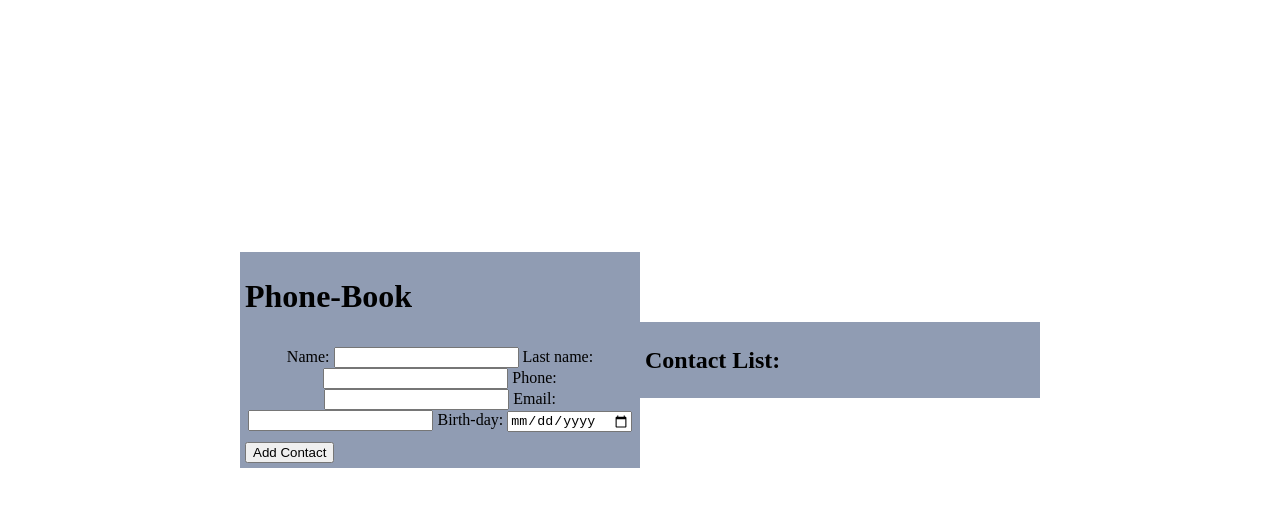
Repository: STA1357/Phone-book
Page: Inner.html
These files come from the project's save history. The page is drawn as it stood at one moment and after the next save; the edit follows.
The browser window is 1280 px wide. The pictures show the whole page.

Above is the page before, as saved 2020-12-10 11:19:23.

After the next save:
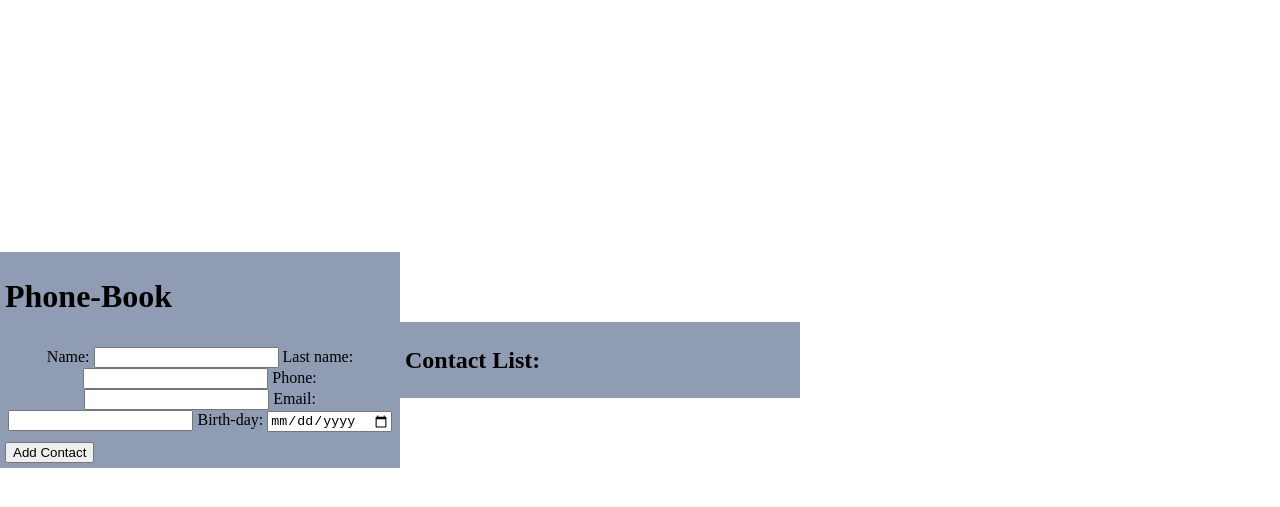
Saved 26 s later.
--- a/styles.css
+++ b/styles.css
@@ -6,7 +6,7 @@
     display: flex;
     flex-direction: row;
     align-items: center;
-    justify-content: center;
+    justify-content: center, space-around;
     min-height: 100vh;
     margin: 0;
 }

After the save that followed:
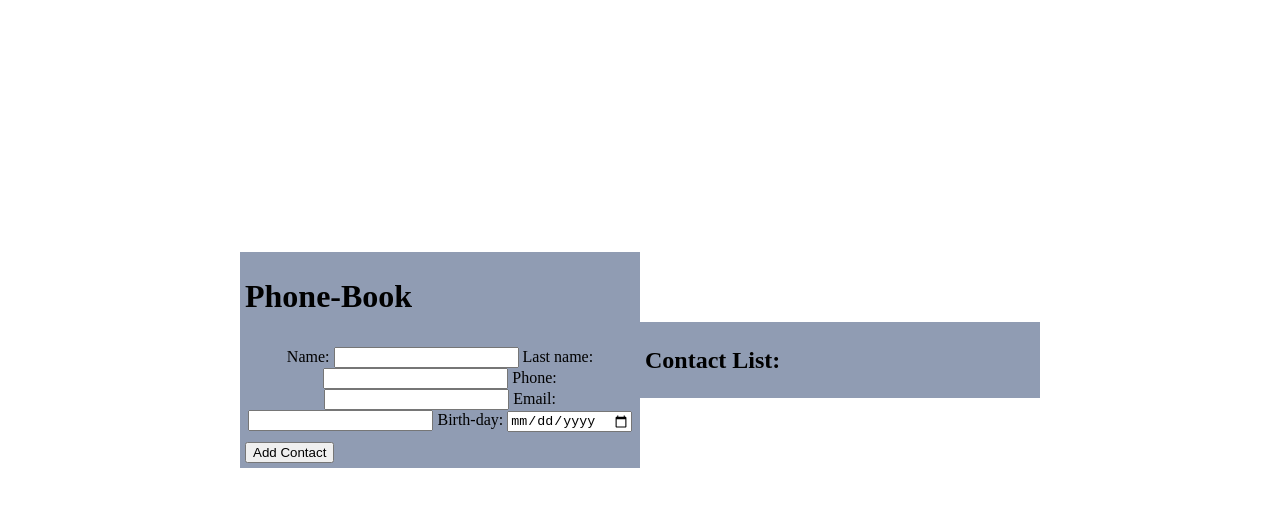
Saved 6 s later.
--- a/styles.css
+++ b/styles.css
@@ -6,7 +6,7 @@
     display: flex;
     flex-direction: row;
     align-items: center;
-    justify-content: center, space-around;
+    justify-content: center;
     min-height: 100vh;
     margin: 0;
 }
